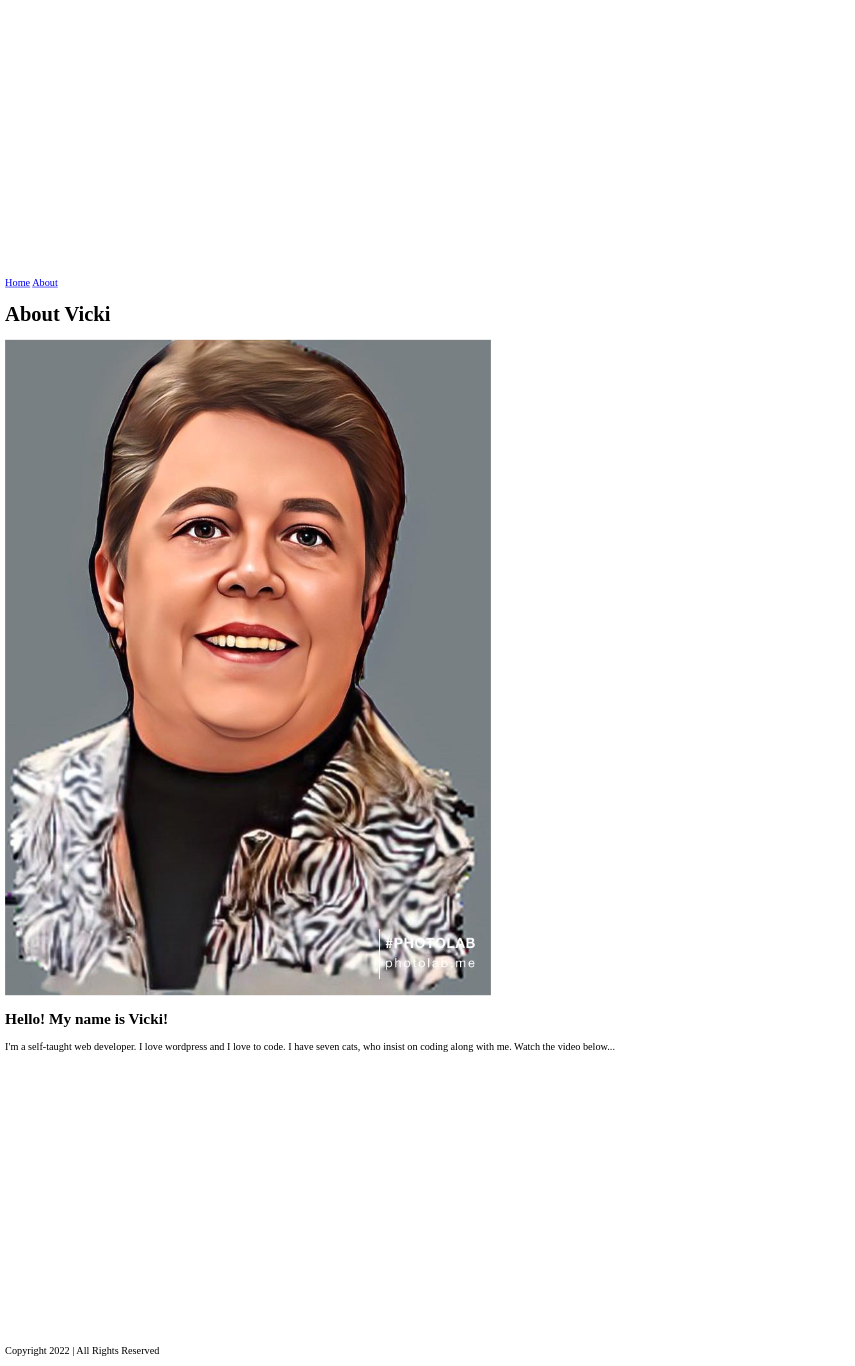
Repository: DrVicki/master
Page: about.html
An editor plug-in stored every save of this project. The page is shown before and after a run of saves, followed by the edit.
The browser window is 1280 px wide. The page is 1336 px wide, so the pictures cover 1336 px, including what lies to the right of the window. The pictures show the whole page, at 64% of full size.

Above is the page before, as saved 2022-06-11 14:32:09.

### about.html
<!DOCTYPE html>
<html>

<head>
    <meta charset="UTF-8" />
    <title>About Vicki</title>
</head>

<body>
    <header>
        <nav>
            <div class="logo">
                <a href="https://www.vickibealmanstudio.org/" target="_blank">
                    <img src="images/vbstudiologo-w.png" alt="Vicki Bealman Studio Logo" /> </a>
            </div>
            <div id="navigation">
                <a href=" index.html ">Home</a>
                <a href="about.html ">About</a>
            </div>
        </nav>
    </header>
    <div id="section-one">
        <div class="wrap"></div>
        <h1>About Vicki</h1>
    </div>
    </div>

    <div id="about-section-two">
        <div class="wrap">
            <div id="img"> <img src="images/vicki.jpeg" alt="Vicki">
            </div>

            <div id="text">
                <h2>Hello! My name is Vicki!</h2>
                <p>I'm a self-taught web developer. I love wordpress and I love to code. I have seven cats, who insist on coding along with me. Watch the video below...</p>


            </div>
        </div>
    </div>


    <footer>
        <a href="https://geekpack.cpm">
            <img src="images/vbstudiologo-w.png" alt="VBS Logo" /></a>
        <p>Copyright 2022 | All Rights Reserved</p>
    </footer>
</body>

</html>

After the next 2 saves:
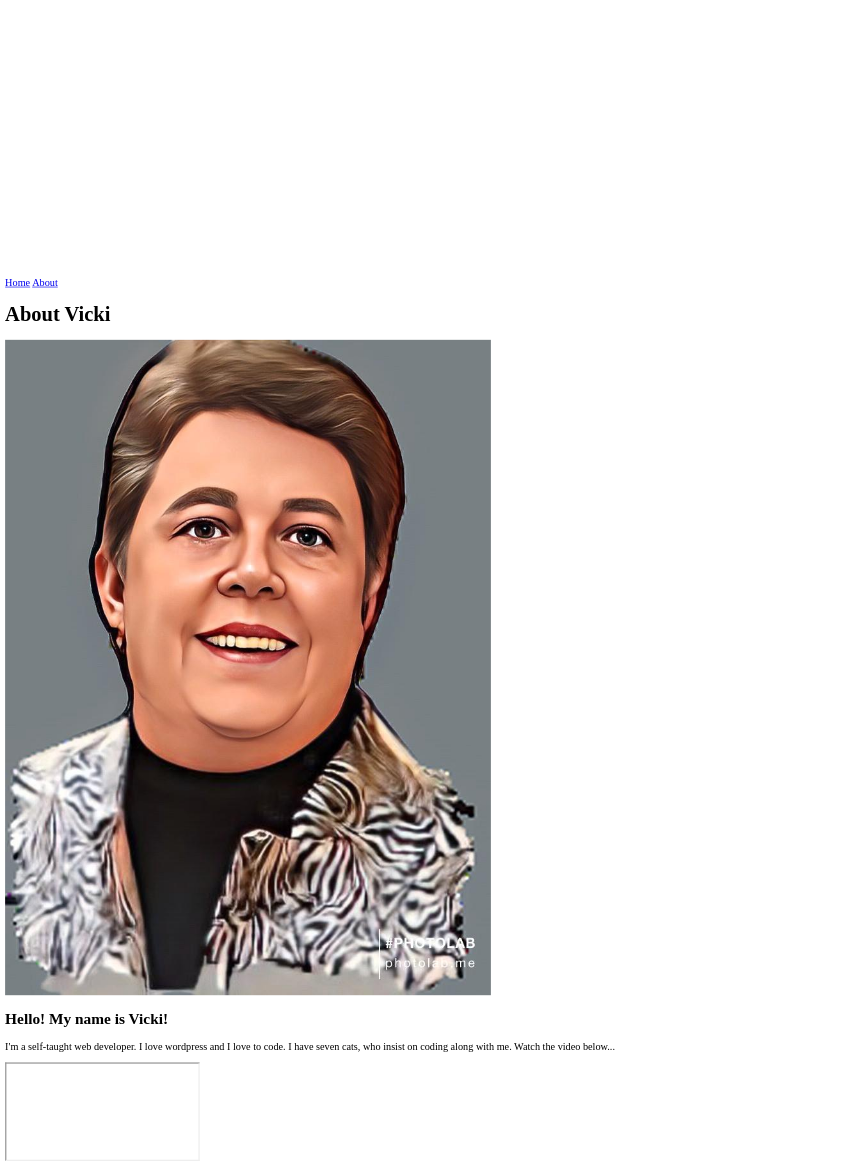
The 2 saves are shown as one change because they came seconds apart.
The last was saved 7 s later.
--- a/about.html
+++ b/about.html
@@ -34,8 +34,7 @@
                 <h2>Hello! My name is Vicki!</h2>
                 <p>I'm a self-taught web developer. I love wordpress and I love to code. I have seven cats, who insist on coding along with me. Watch the video below...</p>
 
-
-            </div>
+                <source> <iframe </div>
         </div>
     </div>
 
